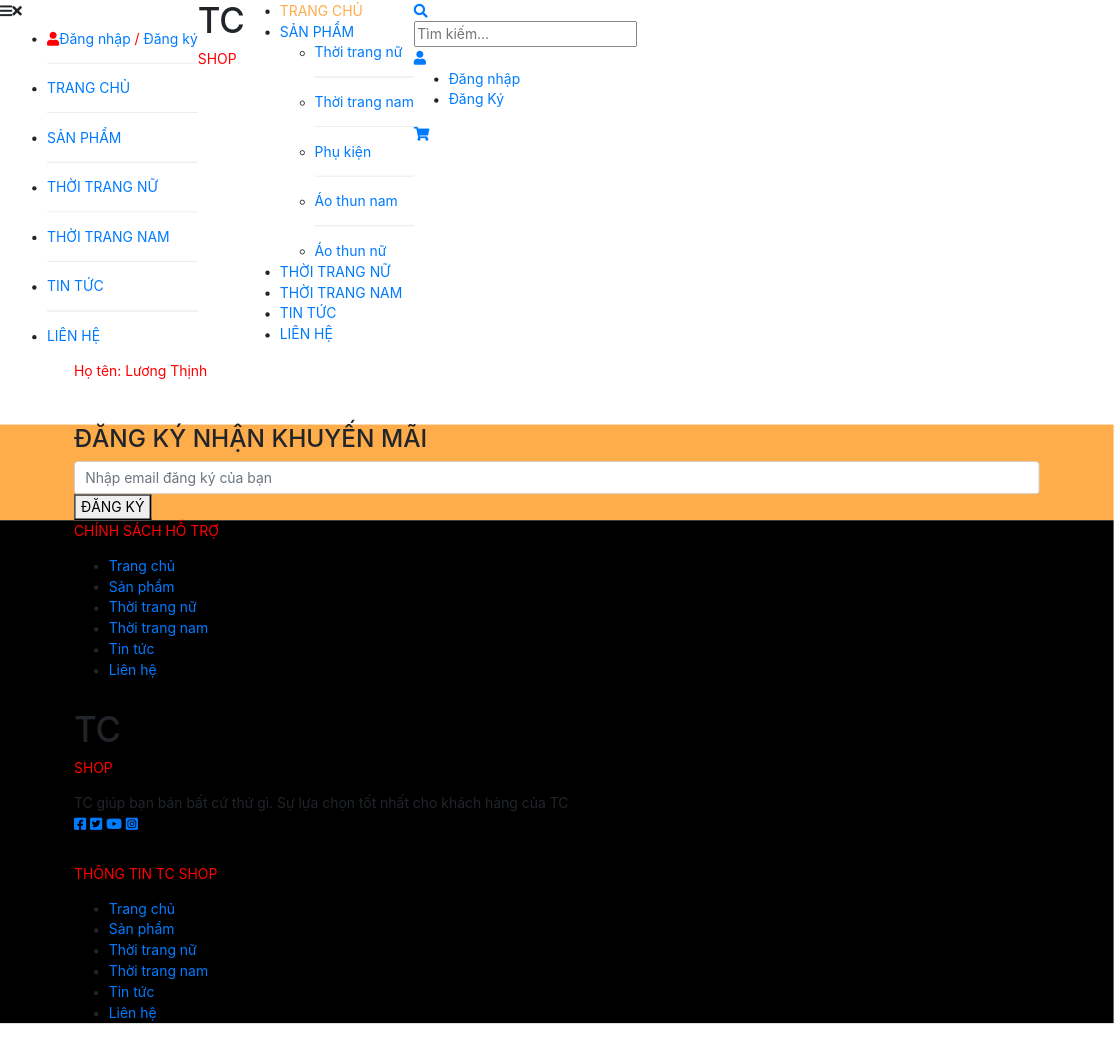
Repository: congthinh1701/TCshop
Page: ThongTinTaiKhoan.html
The author's editor kept a copy of each file at every save. The page is drawn from the files as they stood at one save, then again after the next save.
The browser window is 1280 px wide. The pictures show the whole page, at 87% of full size.
The style sheet was rebuilt from its Sass, Less or Tailwind sources for each picture, by a compiler version that may differ from the author's.

Above is the page before, as saved 2021-09-08 16:56:04.

### ThongTinTaiKhoan.html
<!DOCTYPE html>
<html lang="en">
<head>
    <meta charset="UTF-8">
    <meta http-equiv="X-UA-Compatible" content="IE=edge">
    <meta name="viewport" content="width=device-width, initial-scale=1.0">
    <title>Document</title>
    <link rel="stylesheet" href="fontawesome-free-5.15.4-web/css/all.css">
    <link rel="stylesheet" href="sass/style.css">
</head>
<body>
    <div id="headerID"> <!-- your header --> </div>
    <div class="container">
        <div class="trang-tai-khoan">
            <div class="trang-tai-khoan-hello">

            </div>
        </div>
        <div class="thong-tin-tai-khoan">
            <div class="thong-tin-tai-khoan-name">
                <p><span>Họ tên: </span>Lương Thịnh</p>
            </div>
        </div>
    </div>
    <div id="footerID"> <!-- your header --> </div>
    <script src="https://cdnjs.cloudflare.com/ajax/libs/jquery/3.6.0/jquery.min.js" integrity="sha512-894YE6QWD5I59HgZOGReFYm4dnWc1Qt5NtvYSaNcOP+u1T9qYdvdihz0PPSiiqn/+/3e7Jo4EaG7TubfWGUrMQ==" crossorigin="anonymous" referrerpolicy="no-referrer"></script>
    <script>
        $("#headerID").load("header.html");
        $("#footerID").load("footer.html");
      </script>
</body>
</html>

### header.html
<!DOCTYPE html>
<html lang="en">
<head>
    <meta charset="UTF-8">
    <meta http-equiv="X-UA-Compatible" content="IE=edge">
    <meta name="viewport" content="width=device-width, initial-scale=1.0">
    <title>Document</title>
    <link rel="stylesheet" href="assets/css/style.css">
    <link rel="stylesheet" href="assets/css/base.css">
    <link rel="stylesheet" href="fontawesome-free-5.15.4-web/css/all.css">
    <link rel="stylesheet" href="https://maxcdn.bootstrapcdn.com/bootstrap/4.1.3/css/bootstrap.min.css">
    <script src="https://maxcdn.bootstrapcdn.com/bootstrap/4.1.3/js/bootstrap.min.js"></script>
</head>
<body>
    <div class="container-lg">
        <div class="nav">
            <label for="nav-mobile-input" class="nav_bars-btn">
                <i class="fas fa-bars"></i>
            </label>

            <input hidden type="checkbox" name="" class="nav_input" id="nav-mobile-input">
            <label for="nav-mobile-input" class="nav_overlay"></label>
            <nav class="nav-mobile">
                <label for="nav-mobile-input" class="nav__mobile-close">
                    <i class="fas fa-times"></i>
                </label>
                <ul class="nav__mobile-list">

                    <li class="nav__mobile-list-user">

                        <p><i class="fas fa-user"></i><a href="#">Đăng nhập</a> <span>/</span> <a href="#">Đăng ký</a>
                        </p>
                    </li>
                    <hr>
                    <li>
                        <a href="" class="nav__mobile-link">TRANG CHỦ</a>
                    </li>
                    <hr>
                    <li>
                        <a href="" class="nav__mobile-link">SẢN PHẨM</a>
                    </li>
                    <hr>
                    <li>
                        <a href="" class="nav__mobile-link">THỜI TRANG NỮ</a>
                    </li>
                    <hr>
                    <li>
                        <a href="" class="nav__mobile-link">THỜI TRANG NAM</a>
                    </li>
                    <hr>
                    <li>
                        <a href="" class="nav__mobile-link">TIN TỨC</a>
                    </li>
                    <hr>
                    <li>
                        <a href="" class="nav__mobile-link">LIÊN HỆ</a>
                    </li>
                </ul>
            </nav>
            <div class="nav-logo">
                <h1>TC</h1>
                <p>SHOP</p>
            </div>
            <nav class="nav-pc">
                <ul class="nav__list">
                    <li>
                        <a style="color:#ffac4b" href="home.html" class="nav__link">TRANG CHỦ</a>
                    </li>
                    <li class="options">
                        <a href="" class="nav__link">SẢN PHẨM</a>
                        <div class="nav__link-options">
                            <ul class="nav__link-options-list">
                                <li><a href="#">Thời trang nữ</a></li>
                                <hr>
                                <li><a href="#">Thời trang nam</a></li>
                                <hr>
                                <li><a href="#">Phụ kiện</a></li>
                                <hr>
                                <li><a href="#">Áo thun nam</a></li>
                                <hr>
                                <li><a href="#">Áo thun nữ</a></li>
                            </ul>
                        </div>
                    </li>
                    <li>
                        <a href="" class="nav__link">THỜI TRANG NỮ</a>
                    </li>
                    <li>
                        <a href="" class="nav__link">THỜI TRANG NAM</a>
                    </li>
                    <li>
                        <a href="" class="nav__link">TIN TỨC</a>
                    </li>
                    <li>
                        <a href="" class="nav__link">LIÊN HỆ</a>
                    </li>
                </ul>
            </nav>
            <div class="nav-right">
                <div class="search">
                    <a href="#"><i class="fas fa-search"></i></a>
                    <div class="search-hover">
                        <form>
                            <input class="search" type="text" name="search" placeholder="Tìm kiếm..." />
                        </form>
                    </div>
                </div>
                <div class="user">
                    <a href="#"> <i class="fas fa-user"></i></a>
                    <div class="user-hover">
                        <ul class="user-hover-list">
                            <li class="nav_link"><a href="#">Đăng nhập</a></li>
                            <li><a href="#">Đăng Ký</a></li>
                        </ul>
                    </div>
                </div>
                <div class="shopping">
                    <a href="card.html"><i class="fas fa-shopping-cart"></i></a>

                </div>
            </div>


        </div>
    </div>
</body>
</html>

### footer.html
<!DOCTYPE html>
<html lang="en">
<head>
    <meta charset="UTF-8">
    <meta http-equiv="X-UA-Compatible" content="IE=edge">
    <meta name="viewport" content="width=device-width, initial-scale=1.0">
    <title>Document</title>
    <link rel="stylesheet" href="assets/css/style.css">
    <link rel="stylesheet" href="assets/css/base.css">
    <link rel="stylesheet" href="fontawesome-free-5.15.4-web/css/all.css">
    <link rel="stylesheet" href="https://maxcdn.bootstrapcdn.com/bootstrap/4.1.3/css/bootstrap.min.css">
    <script src="https://maxcdn.bootstrapcdn.com/bootstrap/4.1.3/js/bootstrap.min.js"></script>
</head>
<body>
    <div class="container-lg" style="background-color: #ffac4b; margin-top: 50px;">
        <div class="container dangky">
            <div class="dangky-left">
                <h3>ĐĂNG KÝ NHẬN KHUYẾN MÃI</h3>
            </div>
            <div class="dangky-right">
                <form>
                    <input class="form-control" type="text" placeholder="Nhập email đăng ký của bạn">
                    <button type="button">ĐĂNG KÝ</button>
                </form>
            </div>
        </div>
    </div>

    <div class="container-lg" style="background-color: black">
        <div class="container footer">
            <div class="chinhsach-hotro">
                <p class="header">CHÍNH SÁCH HỖ TRỢ</p>
                <ul class="nav-list">
                    <li class="nav_link"><a href="#">Trang chủ</a></li>
                    <li class="nav_link"><a href="#">Sản phẩm</a></li>
                    <li class="nav_link"><a href="#">Thời trang nữ</a></li>
                    <li class="nav_link"><a href="#">Thời trang nam</a></li>
                    <li class="nav_link"><a href="#">Tin tức</a></li>
                    <li class="nav_link"><a href="#">Liên hệ</a></li>
                </ul>
            </div>
            <hr>
            <div class="ketnoi-shop">
                <h1>TC</h1>
                <p>SHOP</p>
                <span>TC giúp bạn bán bất cứ thứ gì. Sự lựa chọn tốt nhất cho khách hàng của TC</span>
                <div class="mangxahoi">
                    <a href="#"><i class="fab fa-facebook-square"></i></a>
                    <a href="#"><i class="fab fa-twitter-square"></i></a>
                    <a href="#"><i class="fab fa-youtube"></i></a>
                    <a href="#"><i class="fab fa-instagram-square"></i></a>
                </div>
            </div>
            <hr>
            <div class="thongtin-shop">
                <p class="header">THÔNG TIN TC SHOP</p>
                <ul class="nav-list">
                    <li class="nav_link"><a href="#">Trang chủ</a></li>
                    <li class="nav_link"><a href="#">Sản phẩm</a></li>
                    <li class="nav_link"><a href="#">Thời trang nữ</a></li>
                    <li class="nav_link"><a href="#">Thời trang nam</a></li>
                    <li class="nav_link"><a href="#">Tin tức</a></li>
                    <li class="nav_link"><a href="#">Liên hệ</a></li>
                </ul>
            </div>
        </div>
    </div>
</body>
</html>

### assets/css/base.css
:root{
    --primary-color:#EE4D2D;
    --primary-color-rgba:rgb(238,75,43);
    --white-color:#fff;
    --black-color:#000;
    --text-color:#333333;
    --font-weight:700;
    --font-size-product:19px;
    --font-weight-product:400;
    --font-size-price:18px;
    --header-height:120px;
    --navbar-height:34px;
    --header-with-search-height:calc(var(var(--header-height)-var(var(--navbar-height))))

}

### sass/style.scss

$text-color:red;
$text-fontSize:20px;
$text-fontSizeTK:22px;
$fontWeight:500;
p{
    color: $text-color;
}

Loaded but not shown: fontawesome-free-5.15.4-web/css/all.css (library)

After the next save:
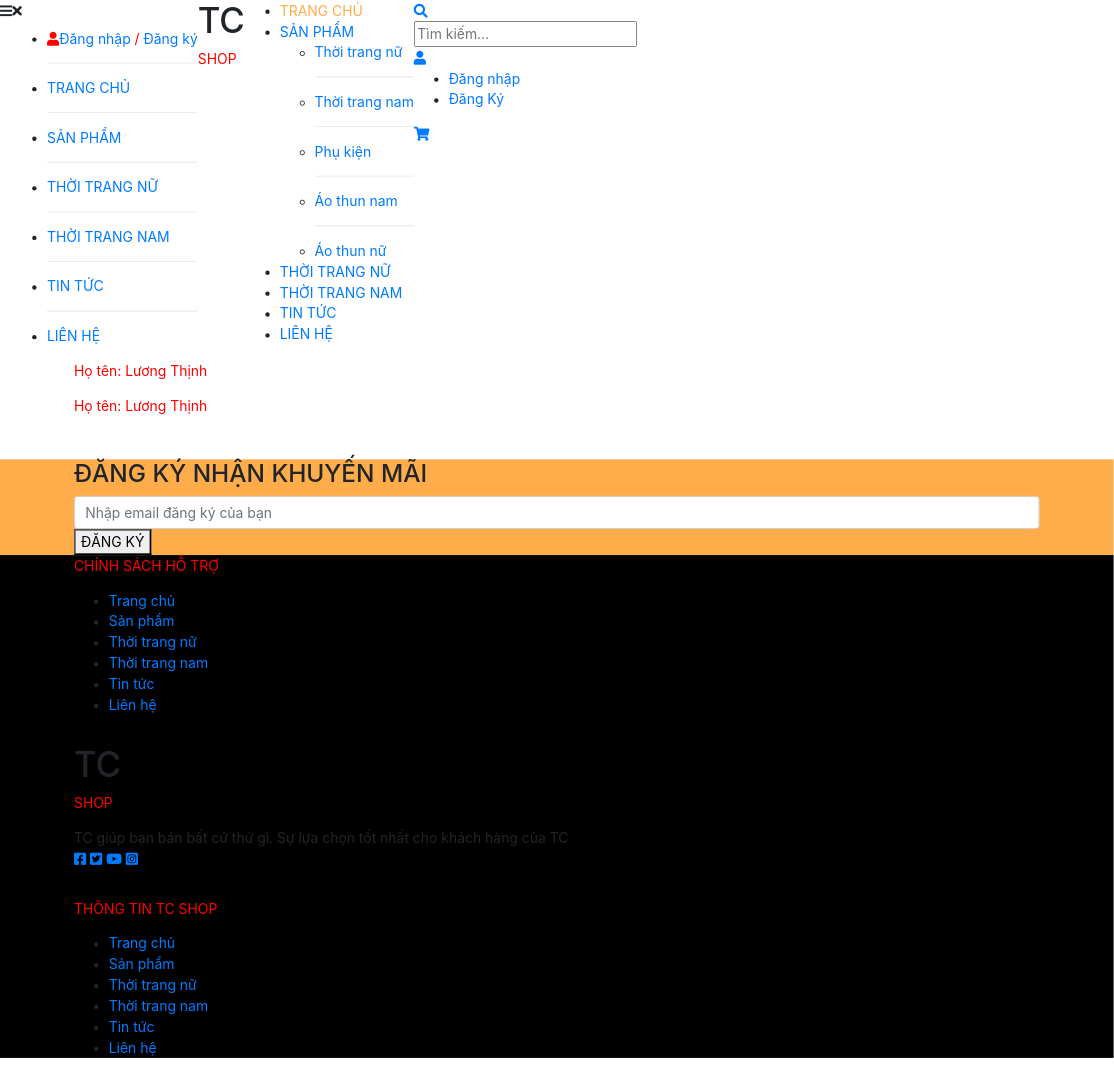
Saved 27 s later.
--- a/ThongTinTaiKhoan.html
+++ b/ThongTinTaiKhoan.html
@@ -13,7 +13,7 @@
     <div class="container">
         <div class="trang-tai-khoan">
             <div class="trang-tai-khoan-hello">
-
+                <p><span>Họ tên: </span>Lương Thịnh</p>
             </div>
         </div>
         <div class="thong-tin-tai-khoan">
